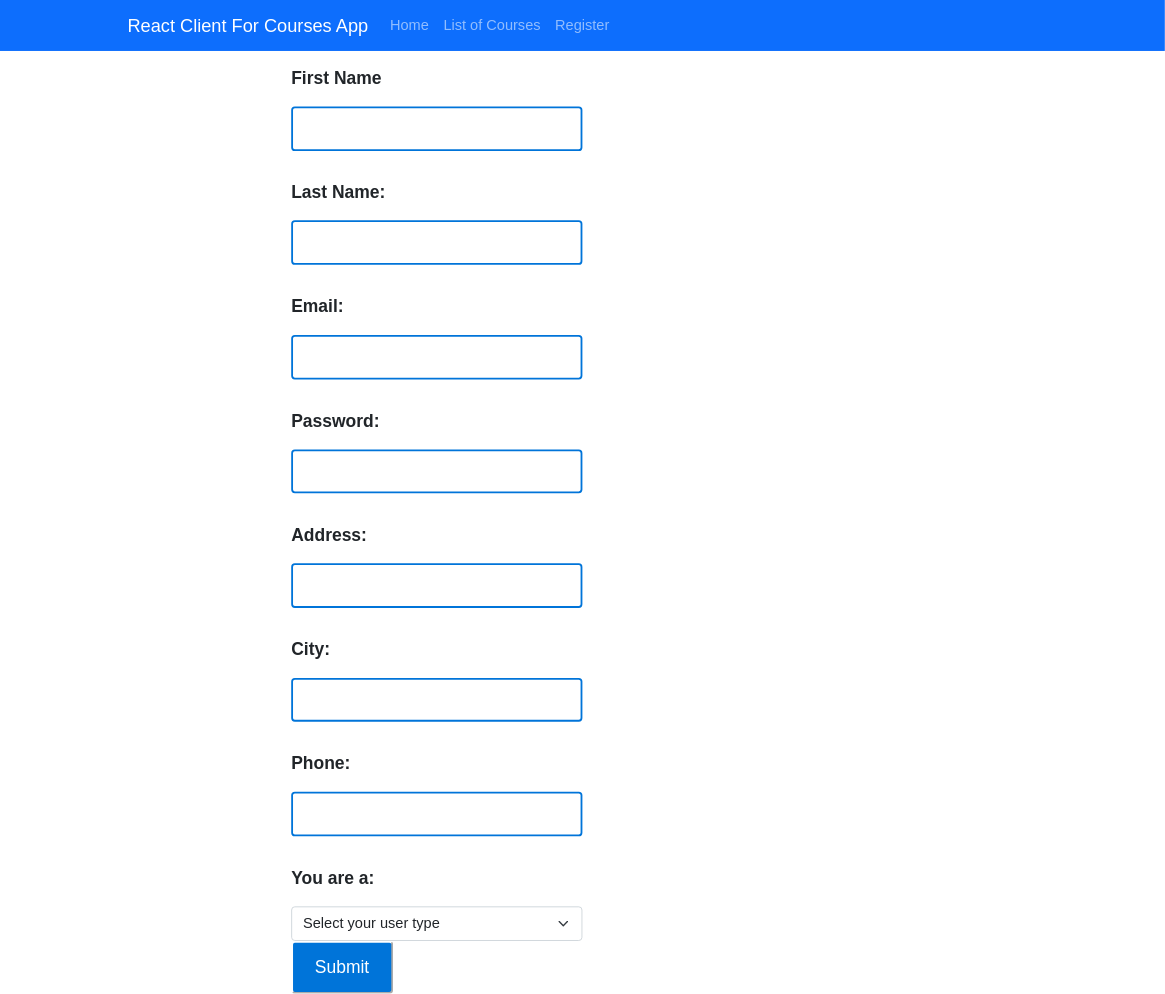
Repository: jmmunoz14/EmergingTech-GroupProject
Page: /register (app in frontend/)
The author's editor kept a copy of each file at every save. The page is drawn from the files as they stood at one save, then again after the next save.
The browser window is 1280 px wide. The pictures show the whole page, at 91% of full size.
The project was rebuilt for these pictures with package versions that can differ from the ones it lists, and the page was loaded fresh each time. Also part of the build but not shown: frontend/src/components/Home.js, frontend/src/components/CourseList.js, frontend/src/components/NewCourseForm.js, frontend/src/components/EditCourse.js.

Above is the page before, as saved 2023-04-19 01:09:20.

### frontend/src/App.js
import React from 'react'
import {
  BrowserRouter as Router,
  Route,
  Link,
  Redirect,
  Routes,
} from 'react-router-dom'
//
// This app requires react-bootstrap and bootstrap installed:
//    npm install react-bootstrap bootstrap
//
import 'bootstrap/dist/css/bootstrap.min.css'
import Navbar from 'react-bootstrap/Navbar'
import Nav from 'react-bootstrap/Nav'
import Container from 'react-bootstrap/Container'
import './App.css'

import { ApolloProvider } from '@apollo/client'
import client from './apollo/client'

import Home from './components/Home'
import CourseList from './components/CourseList'
import NewCourseForm from './components/NewCourseForm'
import EditCourse from './components/EditCourse'
import Register from './components/Register'
//
function App() {
  return (
    <ApolloProvider client={client}>
      <Router>
        <Navbar bg="primary" variant="dark" expand="lg">
          <Container>
            <Navbar.Brand href="#home">
              React Client For Courses App
            </Navbar.Brand>
            <Navbar.Toggle aria-controls="basic-navbar-nav" />
            <Navbar.Collapse id="basic-navbar-nav">
              <Nav className="mr-auto">
                <Nav.Link as={Link} to="/home">
                  Home
                </Nav.Link>
                <Nav.Link as={Link} to="/courseslist">
                  List of Courses
                </Nav.Link>
                <Nav.Link as={Link} to="/register">
                  Register
                </Nav.Link>
              </Nav>
            </Navbar.Collapse>
          </Container>
        </Navbar>

        <div>
          <Routes>
            <Route index element={<Home />} />
            <Route path="home" element={<Home />} />
            <Route path="register" element={<Register />} />
            <Route path="courseslist" element={<CourseList />} />
            <Route path="course/:id" element={<EditCourse />} />
            <Route path="addcourse" element={<NewCourseForm />} />
          </Routes>
        </div>
      </Router>
    </ApolloProvider>
  )
}
//<Route render ={()=> < App />} path="/" />
export default App

### frontend/src/App.css
.App {
  text-align: center;
}

.App-logo {
  height: 40vmin;
  pointer-events: none;
}

@media (prefers-reduced-motion: no-preference) {
  .App-logo {
    animation: App-logo-spin infinite 20s linear;
  }
}

.App-header {
  background-color: #282c34;
  min-height: 100vh;
  display: flex;
  flex-direction: column;
  align-items: center;
  justify-content: center;
  font-size: calc(10px + 2vmin);
  color: white;
}

.App-link {
  color: #61dafb;
}

@keyframes App-logo-spin {
  from {
    transform: rotate(0deg);
  }
  to {
    transform: rotate(360deg);
  }
}

.container {
  margin: 0 auto;
  width: 80%;
  text-align: center;
  font-family: Arial, sans-serif;
}

.heading {
  font-size: 2rem;
  margin-bottom: 1rem;
}

.add-btn {
  margin-bottom: 2rem;
}

.search {
  display: inline-block;
  padding: 0.8rem 1.5rem;
  background-color: #0074D9;
  color: #fff;
  text-decoration: none;
  border-radius: 4px;
}

.search:hover {
  background-color: #0059B3;
  color: #fff;

}

.course-list {
  list-style-type: none;
  padding: 0;
  margin: 0;
}

.course-item {
  margin-bottom: 1rem;
  font-size: 1.2rem;
}

.link {
  color: #0074D9;
  text-decoration: none;
}

.link:hover {
  text-decoration: underline;
}

.add-form {
  display: flex;
  flex-direction: column;
  align-items: center;
  justify-content: center;
  width: 50%;
  margin: 0 auto;
  font-family: Arial, sans-serif;
  align-items: flex-start;
}


.form-label {
  margin: 1rem 0;
  font-size: 1.2rem;
  font-weight: bold;
}

.input-container{
  width: 50%;
}

.form-input {
  width: 100%;
  padding: 0.5rem;
  margin-bottom: 1rem;
  font-size: 1.2rem;
  border: 2px solid #0074D9;
  border-radius: 4px;
}

.form-input:focus {
  outline: none;
  border-color: #000000;
}

.form-button {
  display: inline-block;
  padding: 0.8rem 1.5rem;
  background-color: #0074D9;
  color: #fff;
  font-size: 1.2rem;
  text-align: center;
  text-decoration: none;
  border-radius: 4px;
  cursor: pointer;
  border-color: #ffffff;

}

.form-button:hover {
  background-color: #0059B3;
}

.delete-button {
  display: inline-block;
  padding: 0.8rem 1.5rem;
  background-color: #d93300;
  color: #fff;
  font-size: 1.2rem;
  text-align: center;
  text-decoration: none;
  border-radius: 4px;
  cursor: pointer;
  border-color: #ffffff;

}

.delete-button:hover {
  background-color: #a72701;
}

.form-error {
  color: red;
  margin-top: 1rem;
  font-size: 1.2rem;
}

### frontend/src/apollo/client.js
import { ApolloClient, InMemoryCache } from '@apollo/client'

const client = new ApolloClient({
  uri: 'http://localhost:5000/courses',
  cache: new InMemoryCache(),
})

export default client

### frontend/src/components/Register.js
import React, { useState } from 'react'
import { useMutation } from '@apollo/client'
import { useNavigate } from 'react-router-dom'

import { registration } from '../queries/queries'

const Register = () => {
  const history = useNavigate()

  const [firstName, setFirstName] = useState('')
  const [lastName, setLastName] = useState('')
  const [email, setEmail] = useState('')
  const [password, setPassword] = useState('')
  const [address, setAddress] = useState('')
  const [city, setCity] = useState('')
  const [phone, setPhone] = useState('')
  const [usertype, setUsertype] = useState('')


  const [register, { loading, error }] = useMutation(registration, {onCompleted() {
      history('/courseslist')
    },
  })

  const handleSubmit = (event) => {
    event.preventDefault()
    register({
      variables: {
        firstName,
        lastName,
        email,
        password,
        address,
        city,
        phone,
        usertype,
      },
    })
    setFirstName('')
    setLastName('')
    setEmail('')
    setPassword('')
    setAddress('')
    setCity('')
    setPhone('')
    setUsertype('')
  }

  return (
    <form className="add-form" onSubmit={handleSubmit}>
      <div className="input-container">
        <label className="form-label" htmlFor="firstName">
          First Name
        </label>
        <input
          className="form-input"
          type="text"
          id="firstName"
          value={firstName}
          onChange={(e) => setFirstName(e.target.value)}
        />
      </div>
      <div className="input-container">
        <label className="form-label" htmlFor="lastName">
          Last Name:
        </label>
        <input
          className="form-input"
          type="text"
          id="lastName"
          value={lastName}
          onChange={(e) => setLastName(e.target.value)}
        />
      </div>
      <div className="input-container">
        <label className="form-label" htmlFor="email">
          Email:
        </label>
        <input
          className="form-input"
          type="text"
          id="email"
          value={email}
          onChange={(e) => setEmail(e.target.value)}
        />
      </div>
      <div className="input-container">
        <label className="form-label" htmlFor="password">
          Password:
        </label>
        <input
          className="form-input"
          type="text"
          id="password"
          value={password}
          onChange={(e) => setPassword(e.target.value)}
        />
      </div>
      <div className="input-container">
        <label className="form-label" htmlFor="address">
          Address:
        </label>
        <input
          className="form-input"
          type="text"
          id="address"
          value={address}
          onChange={(e) => setAddress(e.target.value)}
        />
      </div>
      <div className="input-container">
        <label className="form-label" htmlFor="city">
          City:
        </label>
        <input
          className="form-input"
          type="text"
          id="city"
          value={city}
          onChange={(e) => setCity(e.target.value)}
        />
      </div>
      <div className="input-container">
        <label className="form-label" htmlFor="phone">
          Phone:
        </label>
        <input
          className="form-input"
          type="number"
          id="phone"
          value={phone}
          onChange={(e) => setPhone(e.target.value)}
        />
      </div>
      <div className="input-container">
        <label className="form-label" htmlFor="usertype">
            You are a:
        </label>
        <select
            className="form-select"
            id="usertype"
            value={usertype}
            onChange={(e) => setUsertype(e.target.value)} >
            <option value="">Select your user type</option>
            <option value="nurse">Nurse</option>
            <option value="patient">Patient</option>
        </select>
        </div>

      <button className="form-button" type="submit" disabled={loading}>
        Submit
      </button>
      {error && <p>Error adding user: {error.message}</p>}
    </form>
  )
}

export default Register

### frontend/src/queries/queries.js
import { gql } from '@apollo/client'

export const registration = gql`
  mutation registration(
    $email: String!,
    $password: String!,
    $firstName: String!,
    $lastName: String!,
    $address: String!,
    $city: String!,
    $phone: String!,
    $usertype:String!
  ) {
    registration(
          email: $email,
          password: $password
          firstName:$firstName
          lastName:$lastName
          address:$address
          city:$city
          phone:$phone
          usertype:$usertype
    ) {
      _id
          email
          password
          firstName
          lastName
          address
          city
          phone
          usertype
    }
  }
`

export const GET_COURSES = gql`
  query GetCourses {
    courses {
      _id
      courseCode
      courseName
      section
      semester
    }
  }
`
export const DELETE_COURSE = gql`
  mutation($_id: String!) {
    deleteCourse(_id: $_id) {
      _id
      courseCode
      courseName
      section
      semester
    }
  }
`

export const ADD_COURSE = gql`
  mutation AddCourse(
    $courseCode: String!
    $courseName: String!
    $section: String!
    $semester: String!
  ) {
    addCourse(
      courseCode: $courseCode
      courseName: $courseName
      section: $section
      semester: $semester
    ) {
      _id
      courseCode
      courseName
      section
      semester
    }
  }
`

export const GET_COURSE = gql`
  query GetCourse($_id: String!) {
    course(_id: $_id) {
      _id
      courseCode
      courseName
      section
      semester
    }
  }
`

export const EDIT_COURSE = gql`
  mutation EditCourse(
    $_id: String!
    $courseCode: String!
    $courseName: String!
    $section: String!
    $semester: String!
  ) {
    editCourse(
      _id: $_id
      courseCode: $courseCode
      courseName: $courseName
      section: $section
      semester: $semester
    ) {
      _id
      courseCode
      courseName
      section
      semester
    }
  }
`

Loaded but not shown: frontend/public/index.html (common file); frontend/src/index.js (common file); frontend/src/index.css (common file); frontend/src/reportWebVitals.js (common file)

After the next save:
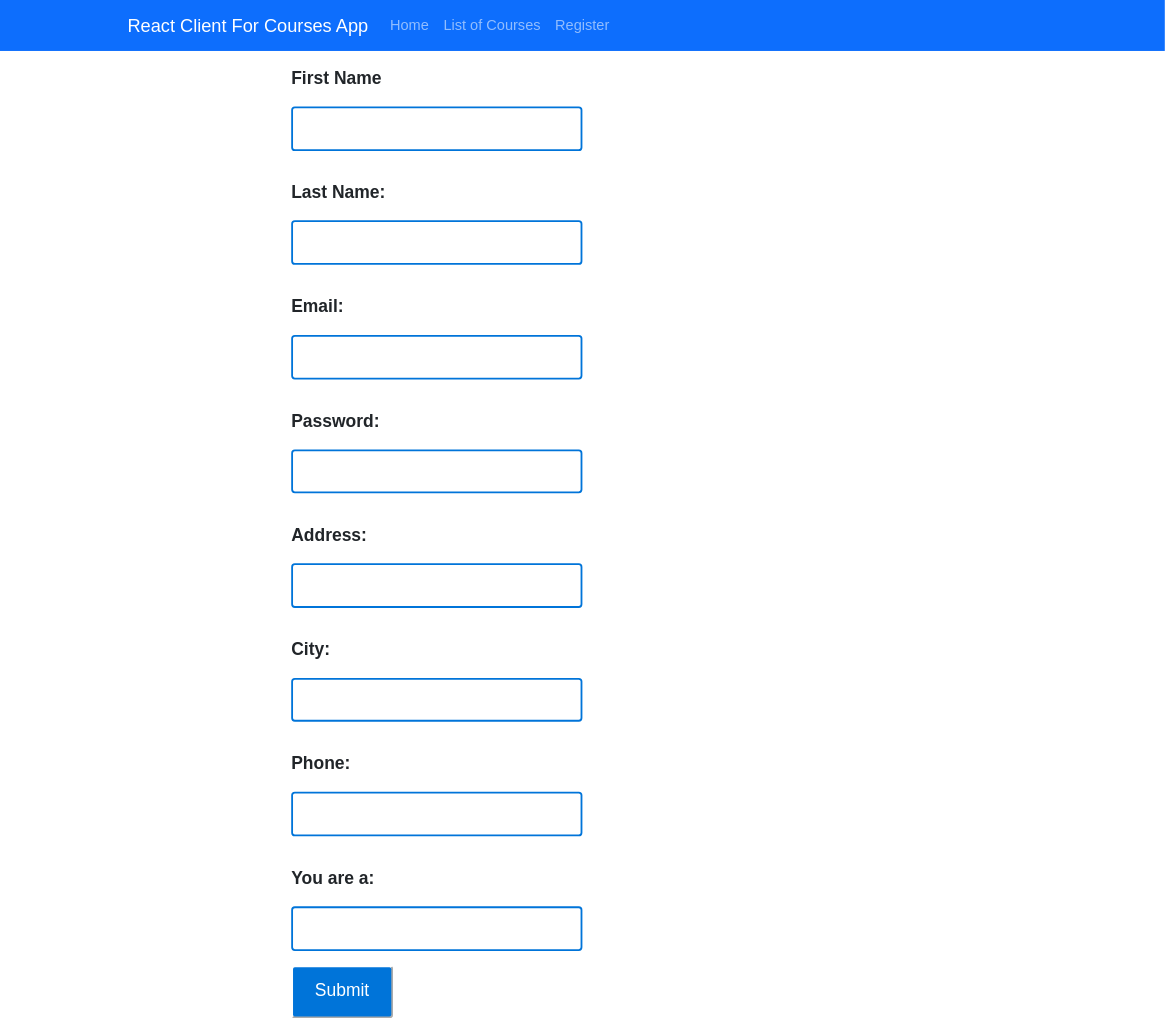
Saved 2 min 25 s later.
--- a/frontend/src/components/Register.js
+++ b/frontend/src/components/Register.js
@@ -15,7 +15,6 @@ const Register = () => {
   const [city, setCity] = useState('')
   const [phone, setPhone] = useState('')
   const [usertype, setUsertype] = useState('')
-
 
   const [register, { loading, error }] = useMutation(registration, {onCompleted() {
       history('/courseslist')
@@ -132,7 +131,7 @@ const Register = () => {
           onChange={(e) => setPhone(e.target.value)}
         />
       </div>
-      <div className="input-container">
+      {/*<div className="input-container">
         <label className="form-label" htmlFor="usertype">
             You are a:
         </label>
@@ -145,8 +144,19 @@ const Register = () => {
             <option value="nurse">Nurse</option>
             <option value="patient">Patient</option>
         </select>
-        </div>
-
+  </div>*/}
+      <div className="input-container">
+        <label className="form-label" htmlFor="usertype">
+          You are a:
+        </label>
+        <input
+          className="form-input"
+          type="text"
+          id="usertype"
+          value={usertype}
+          onChange={(e) => setUsertype(e.target.value)}
+        />
+      </div>
       <button className="form-button" type="submit" disabled={loading}>
         Submit
       </button>
